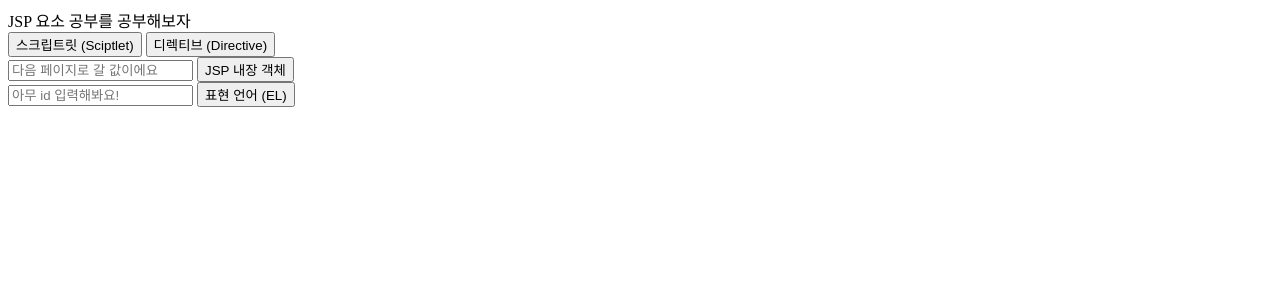
Repository: hyejux/JSP_STUDY
Page: http://localhost/JSPPractice2/
These files come from the project's save history. The page is drawn as it stood at one moment and after the next save; the edit follows.
The browser window is 1280 px wide. The pictures show the whole page.
The page is served by Tomcat 9.

Above is the page before, as saved 2025-01-07 16:43:49.

After the next save:
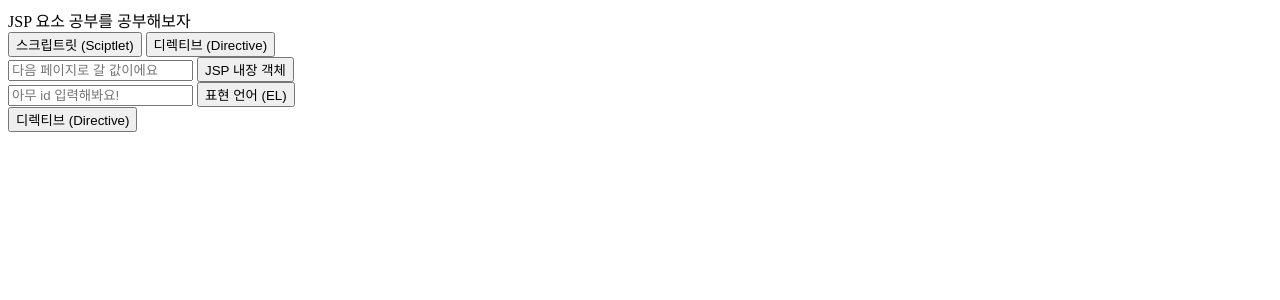
Saved 11 s later.
--- a/JSPPractice2/src/main/webapp/index.jsp
+++ b/JSPPractice2/src/main/webapp/index.jsp
@@ -25,6 +25,8 @@
 	<button type="submit" id="btn2"> 표현 언어 (EL) </button>
 
 </form>
+
+<button type="button" onclick = "location.href='JSP_ex5.jsp'"> 디렉티브 (Directive) </button>
 
 
 
